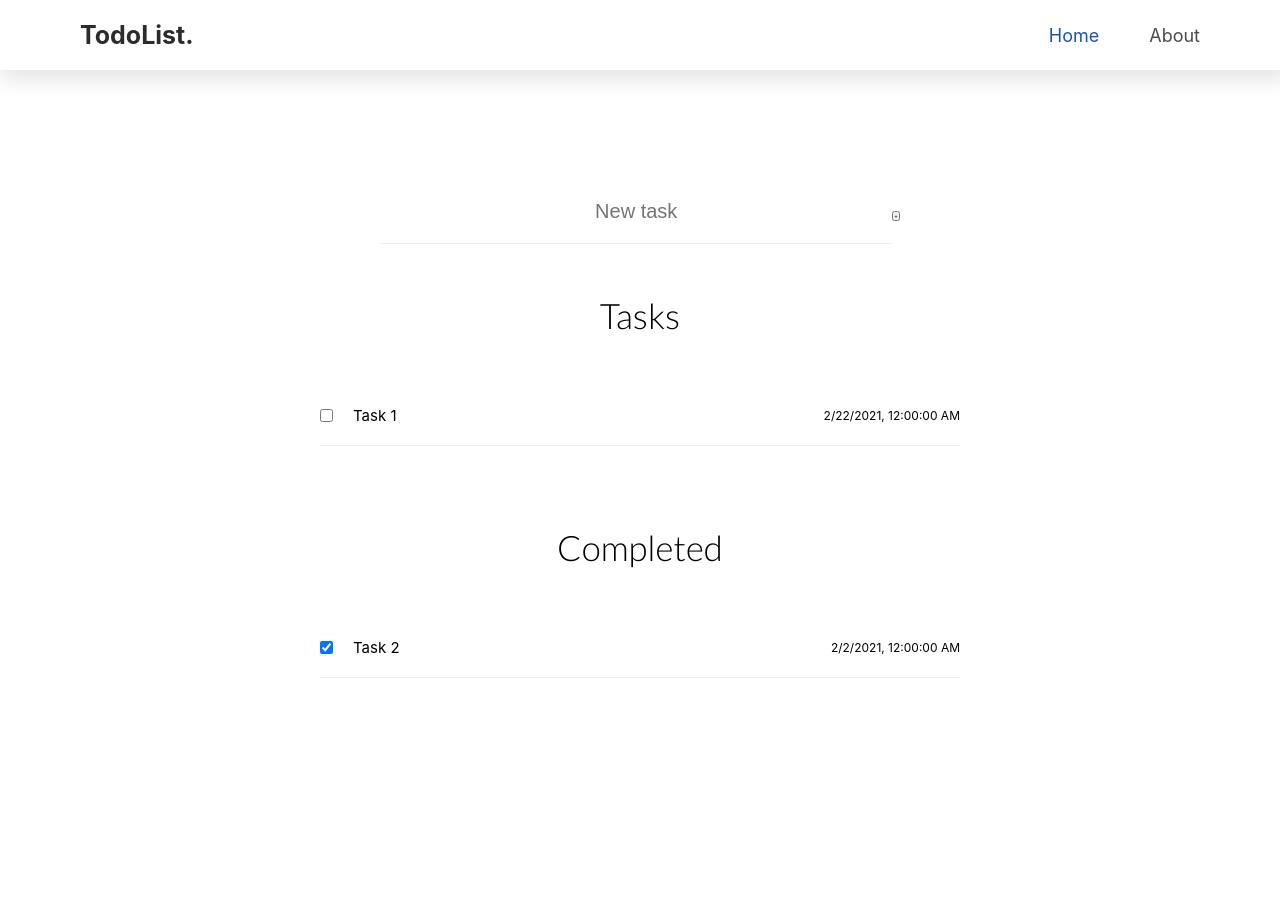
Repository: dqhuy153/react-todoList
Page: /
The author's editor kept a copy of each file at every save. The page is drawn from the files as they stood at one save, then again after the next save.
The browser window is 1280 px wide. The pictures show the whole page.
The project was rebuilt for these pictures with package versions that can differ from the ones it lists, and the page was loaded fresh each time. Also part of the build but not shown: src/components/UI/LoadingSpinner.module.scss.

Above is the page before, as saved 2021-09-16 22:01:38.

After the next save:
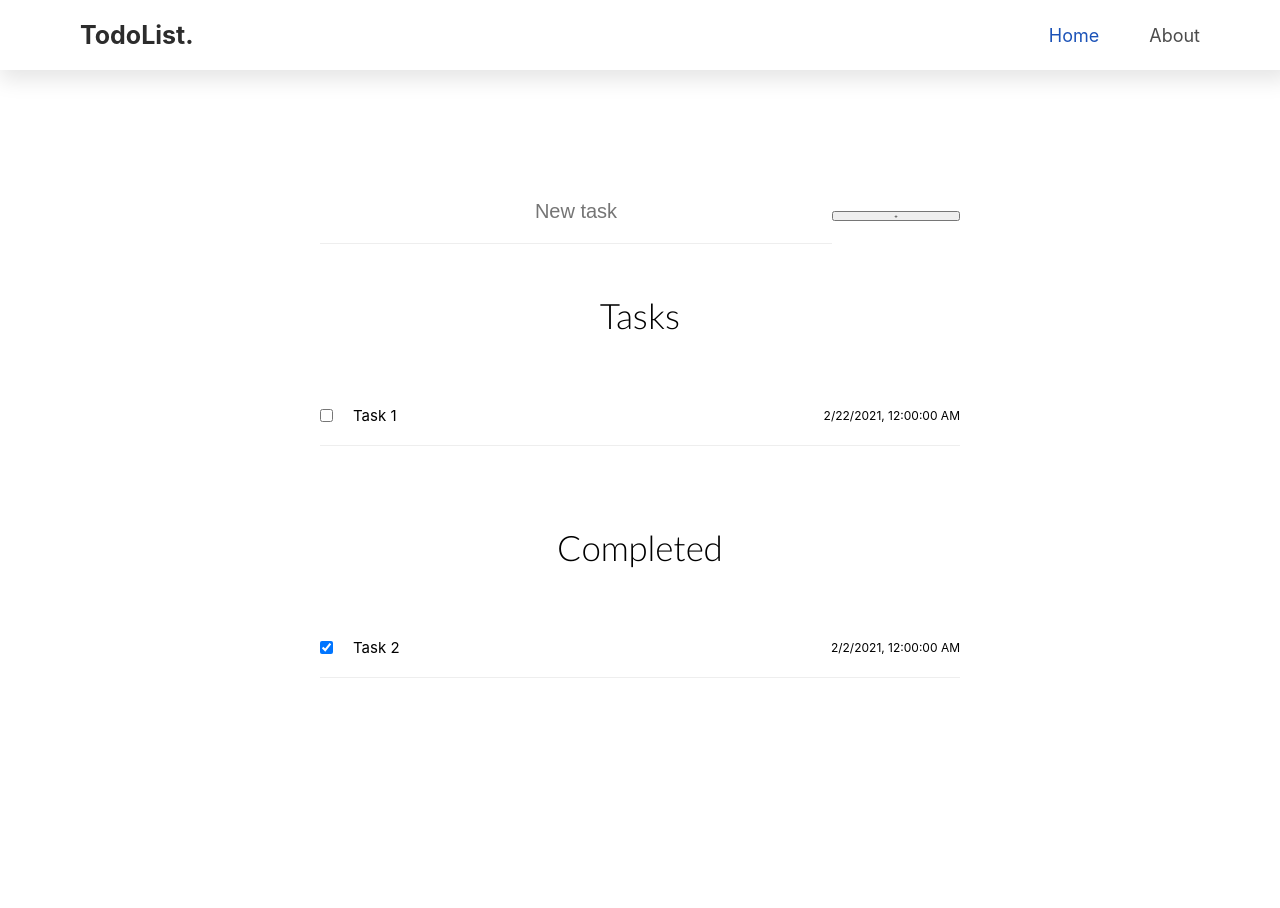
Saved 13 s later.
--- a/src/components/pages/Home.module.scss
+++ b/src/components/pages/Home.module.scss
@@ -25,5 +25,9 @@
       text-align: center;
       outline: none;
     }
+
+    button {
+      width: 10%;
+    }
   }
 }
